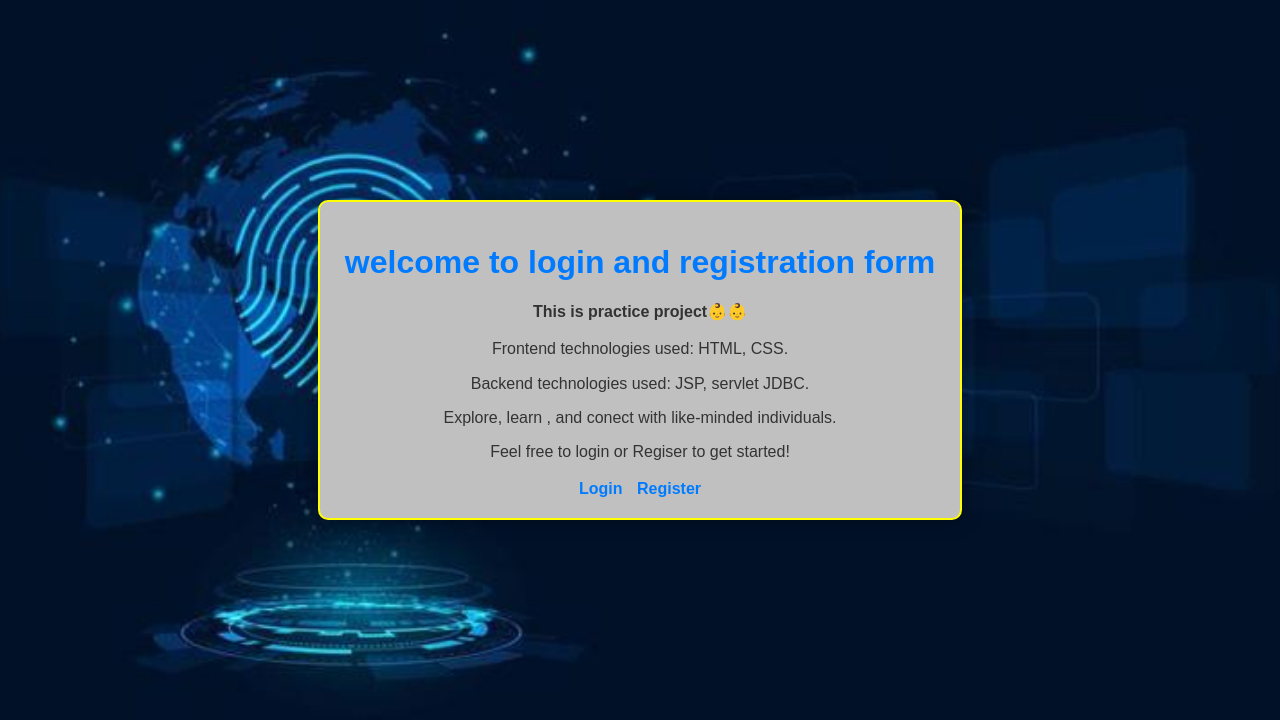
Repository: Rajivkumar2023/java-practice
Page: http://localhost/Login-Registration/
An editor plug-in stored every save of this project. The page is shown before and after the next save, followed by the edit.
The browser window is 1280 px wide. The pictures show the whole page.
The page is served by Tomcat 10.

Above is the page before, as saved 2024-07-31 10:08:52.

After the next save:
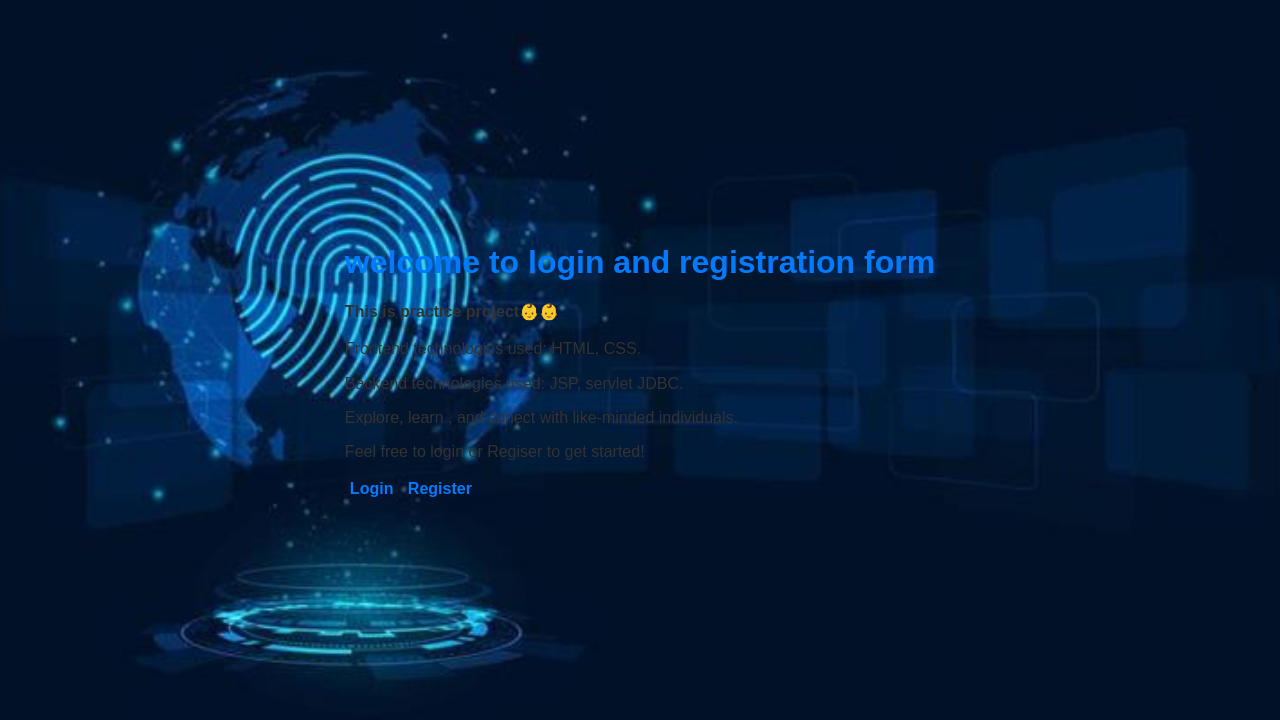
Saved 102 s later.
--- a/Login-Registration/src/main/webapp/index.css
+++ b/Login-Registration/src/main/webapp/index.css
@@ -15,7 +15,7 @@ body{
 	display:flex;
 	flex-direction:column;
 }
-.containter{
+.container{
 	width:600px;
 	padding:20px;
 	border-radius:10px;
